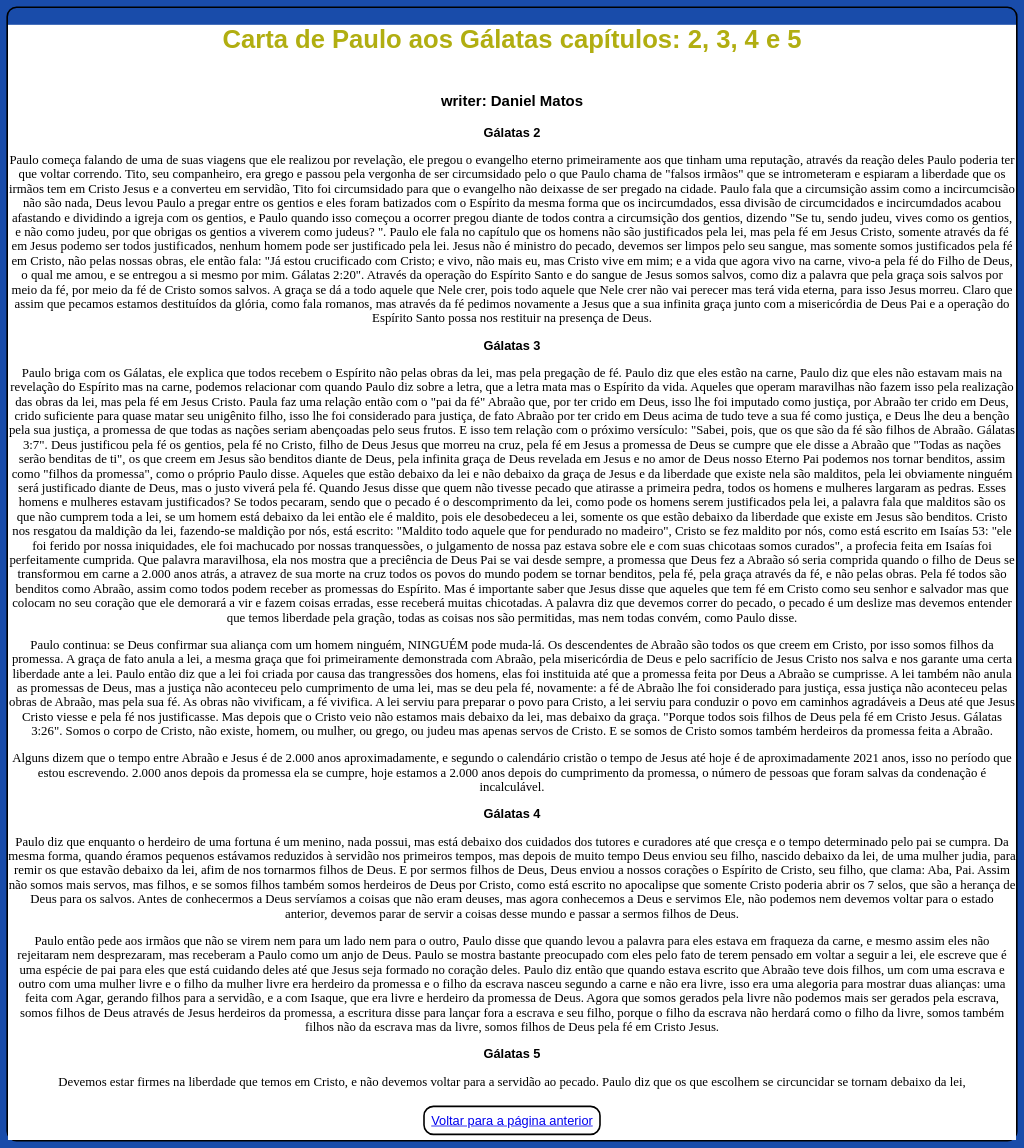
Repository: batmit/FutureFundation.github.io-1
Page: menu/articles/cristianism/importantchapters/galatians.html
These files come from the project's save history. The page is drawn as it stood at one moment and after the next save; the edit follows.
The browser window is 1280 px wide. The pictures show the whole page, at 80% of full size.

Above is the page before, as saved 2021-07-12 13:17:20.

After the next save:
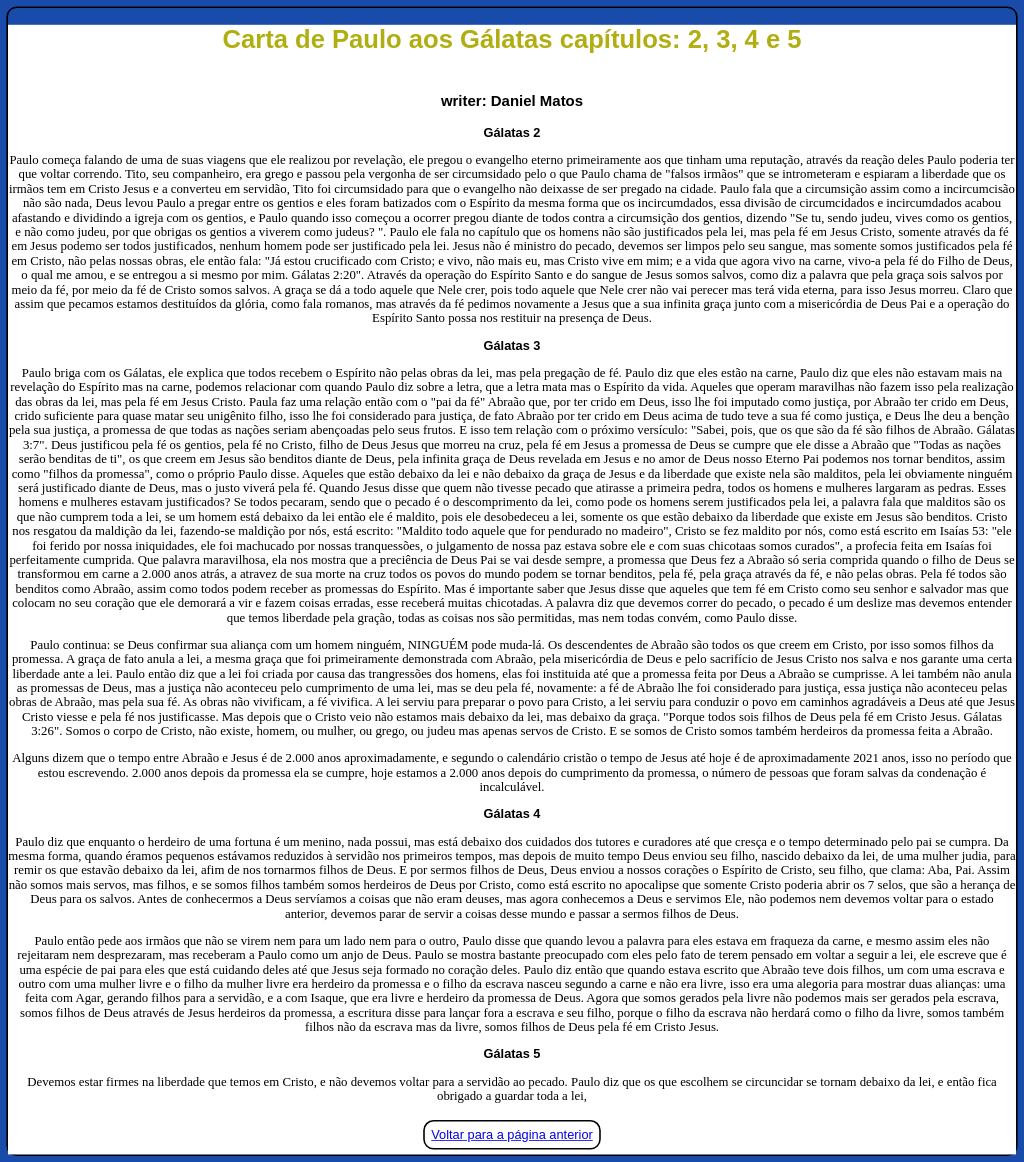
Saved 13 s later.
--- a/menu/articles/cristianism/importantchapters/galatians.html
+++ b/menu/articles/cristianism/importantchapters/galatians.html
@@ -44,7 +44,7 @@
 
         <strong>Gálatas 5</strong>
 
-        <p>Devemos estar firmes na liberdade que temos em Cristo, e não devemos voltar para a servidão ao pecado. Paulo diz que os que escolhem se circuncidar se tornam debaixo da lei, </p>
+        <p>Devemos estar firmes na liberdade que temos em Cristo, e não devemos voltar para a servidão ao pecado. Paulo diz que os que escolhem se circuncidar se tornam debaixo da lei, e então fica obrigado a guardar toda a lei, </p>
 
         <a href="/menu/articles/cristianism/chaptersimportant.html">Voltar para a página anterior</a>
     </div>
